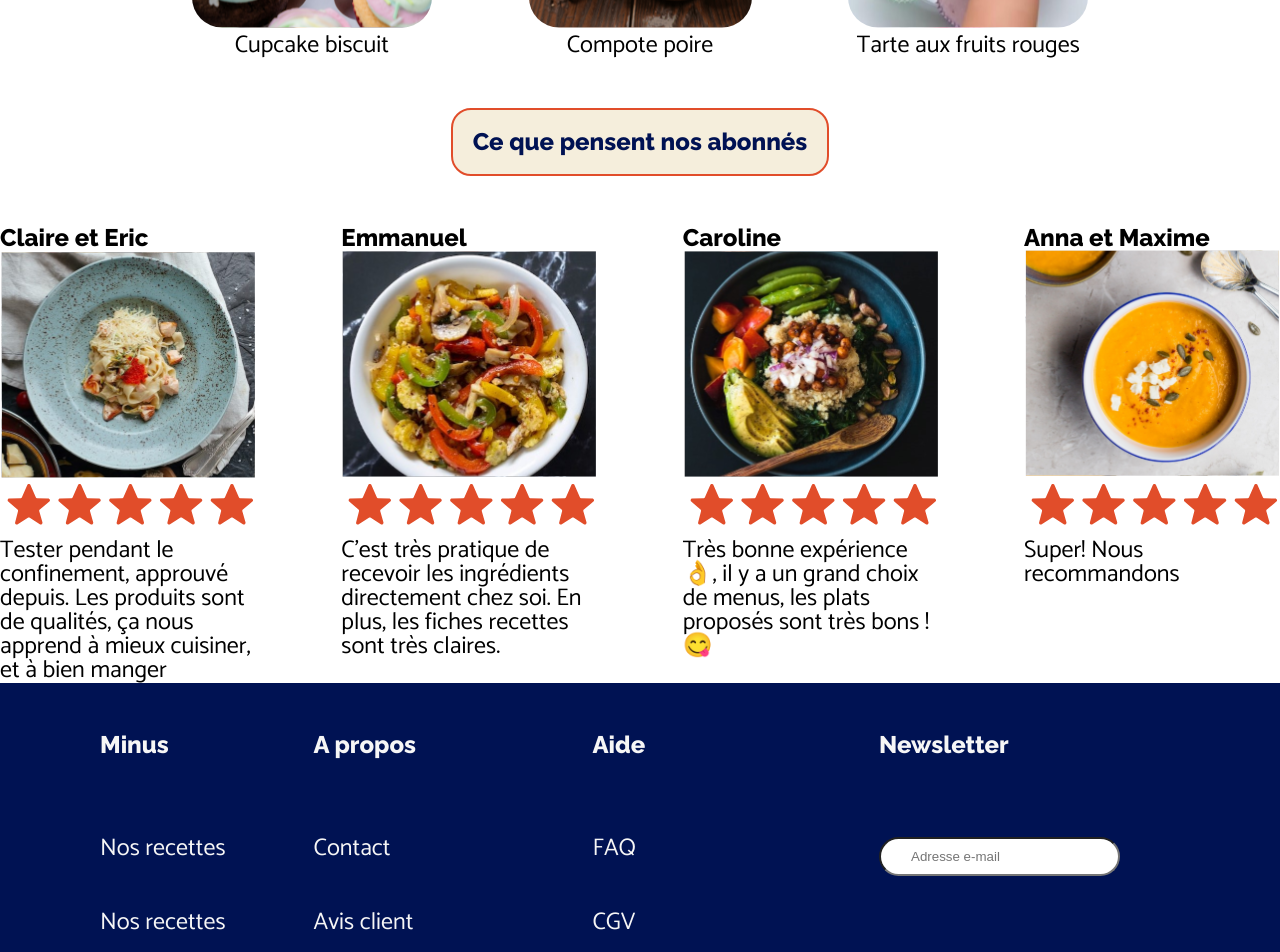
Repository: minus-team7/minus_team7
Page: minus_homepage.html
These files come from the project's save history. The page is drawn as it stood at one moment and after a run of saves; the edit follows.
The browser window is 1280 px wide. The pictures show the part of the page from y = 2546 to 3498 px (the page is 3730 px tall before and 3528 px after).
A picture or video elsewhere on the page could not be fetched, so the positions and the page height are approximate.

Above is the page before, as saved 2023-02-13 00:20:35.

### minus_homepage.html
<!DOCTYPE html>
<html lang="en">
<head>
    <meta charset="UTF-8">
    <meta http-equiv="X-UA-Compatible" content="IE=edge">
    <meta name="viewport" content="width=device-width, initial-scale=1.0">
    <link rel="preconnect" href="https://fonts.googleapis.com">
    <link rel="preconnect" href="https://fonts.gstatic.com" crossorigin>
    <link href="https://fonts.googleapis.com/css2?family=Catamaran:wght@100;200;300;400;500;700&family=Raleway:ital,wght@0,100;0,400;0,600;0,800;1,100&display=swap" rel="stylesheet">
    <link rel="stylesheet" href="reset.css">
    <link rel="stylesheet" href="minus_homepage.css">
    <title>Document</title>

</head>
<body>

    <div class="box">
        <img src="/assets/homepage_boxminus.svg" alt="homepage_boxminus">
    </div>

    <div class="bouton">
        <a href="#">Nos engagements</a>
    </div>
    <section class="nos-engagements">

        <div class="engagement">
            <img src="/assets/engagement_icone_qualite_produits.svg" alt="engagement_icone_qualite_produits">
            <h2>Qualité des produits</h2>
            <p>Nous travaillons avec les meilleurs fournisseurs pour sélectionner les ingrédients les plus frais et les plus savoureux.</p>
        </div>

        <div class="engagement">
            <img src="/assets/icone_notreexpertise_chef.svg" alt="icone_notreexpertise_chef">
            <h2>Notre expertise</h2>
            <p>Chaque produit est soumis à des contrôles rigoureux pour vous garantir des ingrédients de haute qualité.</p>
        </div>

        <div class="engagement">
            <img src="/assets/icone_livraison_camion.svg" alt="icone_livraison_camion">
            <h2>Livraison sur le lieu de garde de votre enfant</h2>
            <p>Nous adaptons la livraison selon vos demandes afin de vous garantir un service adéquat</p>
        </div>

        <div class="engagement">
            <img src="/assets/icone_varietes_recettes_bolcuisine.svg" alt="icone_varietes_recettes_bolcuisine">
            <h2>Variété des recettes</h2>
            <p> Nous vous offrons une gamme de recettes pour répondre à tous les goûts et toutes les envies.</p>
        </div>

    </section>

    <div class="bouton">
        <a href="#">Nos recettes</a>
    </div>

    <section class="nos-recettes">
        <div class="recette">
            <img src="/assets/recette_spaghetti_olive.svg" alt="recette_spaghetti_olive">
            <p>Spaghetti aux olives</p>

            <img src="/assets/recette_escalope_chèvre_épinards.svg" alt="recette_escalope_chèvre_épinards">
            <p>Escalope de chèvre</p>
        </div>

        <div class="recette">
            <img src="/assets/couscous_legumes_bio.svg" alt="couscous_legumes_bio">
            <p>Couscous légumes bio</p>

            <img src="/assets/recette_puree_legumes_vert.svg" alt="recette_puree_legumes_vert">
            <p>Purée légumes verts</p>


        </div>

        <div class="recette">
            <img src="/assets/recette_croissant_poulet_champi.svg" alt="recette_croissant_poulet_champi">
            <p>Croissants poulet</p>


            <img src="/assets/recette_spaghetti_olive.svg" alt="recette_spaghetti_olive">
            <p>Spaghetti aux olives</p>
        </div>

    </section>

    <div class="bouton">
        <a href="#">Bonus: Les p'tits desserts</a>
    </div>

    <section class="nos-desserts">

            <img src="/assets/carroussel_flèche_gauche.svg" alt="carroussel_flèche_gauche">
        <div class="dessert">
            <img src="/assets/photo_dessert_cupcake_biscuit.svg" alt="photo_dessert_cupcake_biscuit">
            <p>Cupcake biscuit</p>
        </div>

        <div class="dessert">
            <img src="/assets/photo_dessert_compotepoire.svg" alt="photo_dessert_compotepoire">
            <p>Compote poire</p>
        </div>

        <div class="dessert">
            <img src="/assets/photo_dessert_fruitsrougesrose.svg" alt="photo_dessert_fruitsrougesrose">
            <p>Tarte aux fruits rouges</p>
        </div>

            <img src="/assets/carroussel_fleche_droite.svg" alt="carroussel_fleche_droite">
    </section>


    <div class="bouton">
        <a href="#">Ce que pensent nos abonnés</a>
    </div>

    <section class="nos-avis">
        <div class="avis">
            <h2>Claire et Eric</h2>
            <img src="/assets/avis_plat_claireeteric_pancakes.svg" alt="avis_plat_claireeteric_pancakes">
            <img src="/assets/avis_étoiles.svg" alt="avis-étoiles">
            <p>Tester pendant le confinement, approuvé depuis. Les produits sont de qualités, ça nous apprend à mieux cuisiner, et à bien manger</p>
        </div>

        <div class="avis">
            <h2>Emmanuel</h2>
            <img src="/assets/avis_plat_emmanuel_poivrons.svg" alt="avis_plat_emmanuel_poivrons">
            <img src="/assets/avis_étoiles.svg" alt="avis-étoiles">
            <p>C'est très pratique de recevoir les ingrédients directement chez soi. En plus, les fiches recettes sont très claires.</p>
        </div>

        <div class="avis">
            <h2>Caroline</h2>
            <img src="/assets/avis_plat_caroline_quinoabowl.svg" alt="avis_plat_caroline_quinoabowl">
            <img src="/assets/avis_étoiles.svg" alt="avis-étoiles">
            <p>Très bonne expérience 👌, il y a un grand choix de menus, les plats proposés sont très bons ! 😋</p>
        </div>

        <div class="avis">
            <h2>Anna et Maxime</h2>
            <img src="/assets/avis_plat_annaetmaxime_soupepotiron.svg" alt="avis_plat_annaetmaxime_soupepotiron">
            <img src="/assets/avis_étoiles.svg" alt="avis-étoiles">
            <p>Super! Nous recommandons</p>
        </div>




    </section>








    <!-- footer  -->
    <div class="footer">
        <ul>
            <li class="titre-footer">Minus</li>
            <li><a href="#"> Nos recettes</a></li>
            <li><a href="#"> Nos recettes</a></li>
            <li><a href="#"> Livraison</a></li>
        </ul>
        <ul>
            <li class="titre-footer">A propos</li>
            <li><a href="#"> Contact</a></li>
            <li><a href="#"> Avis client</a></li>
            <li><a href="#"> Qui sommes-nous?</a></li>
        </ul>
        <ul>
            <li class="titre-footer">Aide</li>
            <li><a href="#"> FAQ</a></li>
            <li><a href="#"> CGV</a></li>
            <li><a href="#"> Preferences cookies</a></li>
        </ul>
        <ul>
            <li class="titre-footer">Newsletter</li>
            <li>
                <input class="newsletter" type="text" placeholder="Adresse e-mail">
            </li>
            <li>
                <ul class="reseaux-sociaux">
                    <li><a href="#"><img src="/assets/logo_facebook.svg" alt="fb"></a></li>
                    <li><a href="#"><img src="/assets/logo_instagram.svg" alt="insta"></a></li>
                    <li><a href="#"><img src="/assets/logo_twitter.svg" alt="twitter"></a></li>
                </ul>
            </li>
            <li class="logo-minus-footer"><a href="#"> <img src="/assets/Logo_minus_rondtête.svg" alt="logo-minus-footer"></a></li>

        </ul>


    </div>
</body>
</html>

### minus_homepage.css
/* footerr */
body{
    font-family: 'Catamaran',sans-serif;
    font-size: 24px;
}


h2{
    font-family: 'Raleway',sans-serif;
    font-weight: bold;
}


.box img{
    width: 70%;
    display: flex;
    margin: 50px auto;

}

.bouton{
    display: flex;
    align-items: center;
    justify-content: center;
    margin: 50px 0;
}

.bouton a{
    border:#E14D2A 2px solid;
    border-radius: 20px;
    padding: 20px;
    background-color: #F5EEDC;
    text-decoration: none;
    font-family: 'Raleway',sans-serif;
    font-weight: bold;
    color: #001253;

}

.nos-engagements{
    display: flex;
    flex-direction: row;
    flex-wrap: wrap;
    justify-content: space-between;
    margin-bottom: 100px;

}
.engagement{
    width: 20%;
    display: flex;
    flex-direction: column;
    min-width: 220px;
    margin-right: 30px;
    align-items: center;
    text-align: center;
}

.engagement h2, .engagement p{
    margin: 10px 0;
}

.nos-recettes{
    display: flex;
    justify-content: space-around;
    flex-wrap: wrap;
}

.recette{
    display: flex;
    flex-direction: column;
}

.recette p{
    margin-bottom: 50px;
    margin-top: 20px;
    text-align: center;
}

.nos-desserts{
    display: flex;
    justify-content: space-between;
    flex-wrap: wrap ;
    text-align: center;
}

.nos-avis{
    display: flex;
    justify-content: space-between;
    flex-wrap: wrap;
}

.avis{
    display: flex;
    flex-direction: column;
    width: 20%;
    min-width: 220px;
}

.footer{

    display: flex;
    flex-direction: row;
    justify-content: space-between;
    background-color:  #001253;
    color: #f6f6f6;
    padding: 0 100px;
    flex-wrap: wrap;
}

.footer ul{
    list-style-type: none;
    margin-right: 60px;

}

.footer ul li{
    margin-top: 50px;
}
.footer a{
    text-decoration: none;
    color: #f6f6f6;
}
.footer a:hover{
    text-decoration:underline;
    color: #E14D2A;
}
.titre-footer{
    font-weight: bold;
    margin-bottom: 80px;
    font-family: 'raleway',sans-serif;

}
.newsletter{
    padding: 10px 30px;
    border-radius: 20px
}
.reseaux-sociaux{
    width: 100%;
    display: flex;
    flex-direction: row;
    justify-content: space-between;
}
.logo-minus-footer{
    display: flex;
    justify-content: center;
}

Loaded but not shown: reset.css (common file)

After the next 4 saves:
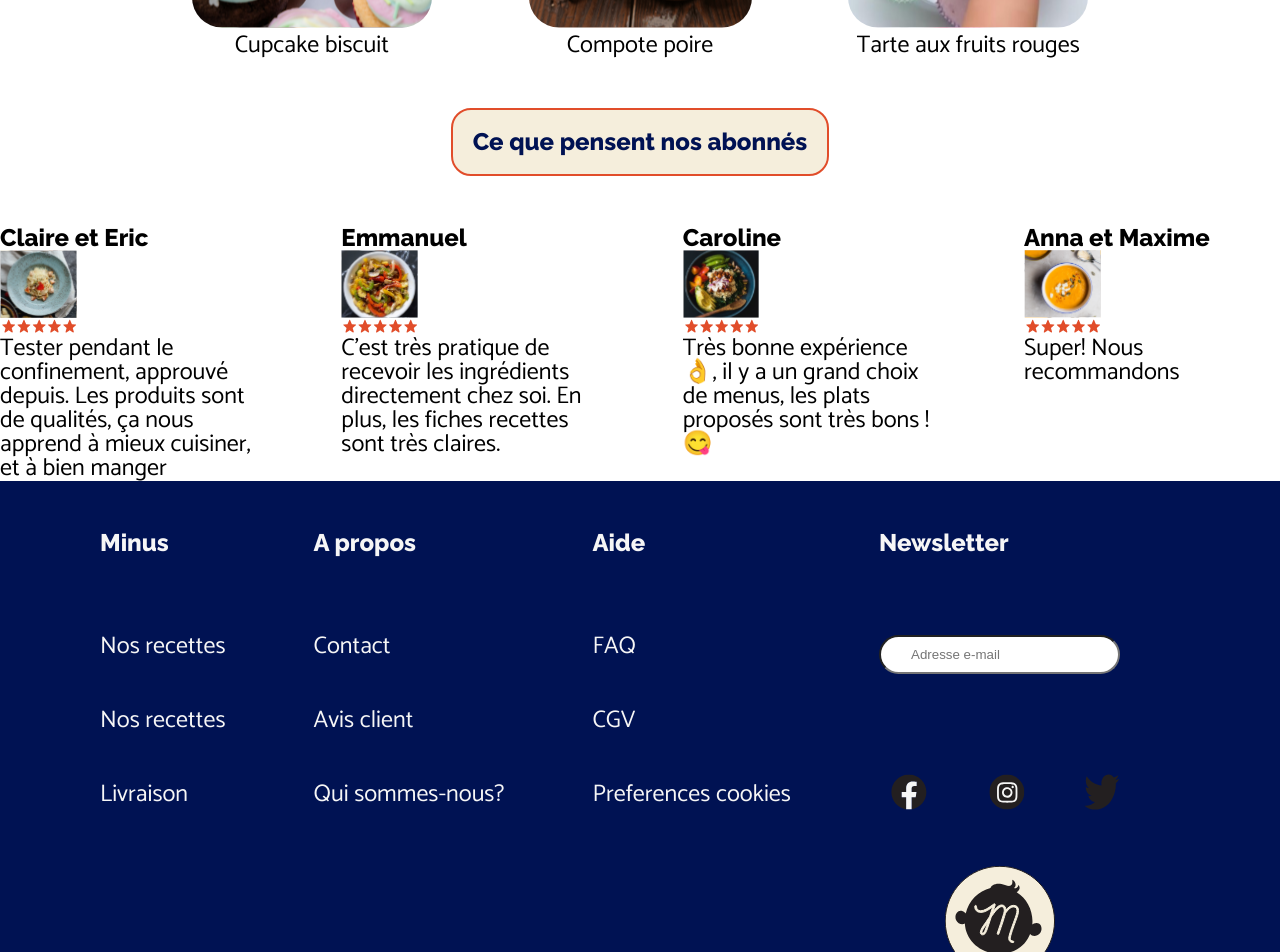
The 4 saves are shown as one change because they came seconds apart.
The last was saved 25 s later.
--- a/minus_homepage.css
+++ b/minus_homepage.css
@@ -95,6 +95,9 @@ h2{
     width: 20%;
     min-width: 220px;
 }
+.avis img{
+    width: 30%;
+}
 
 .footer{
 
